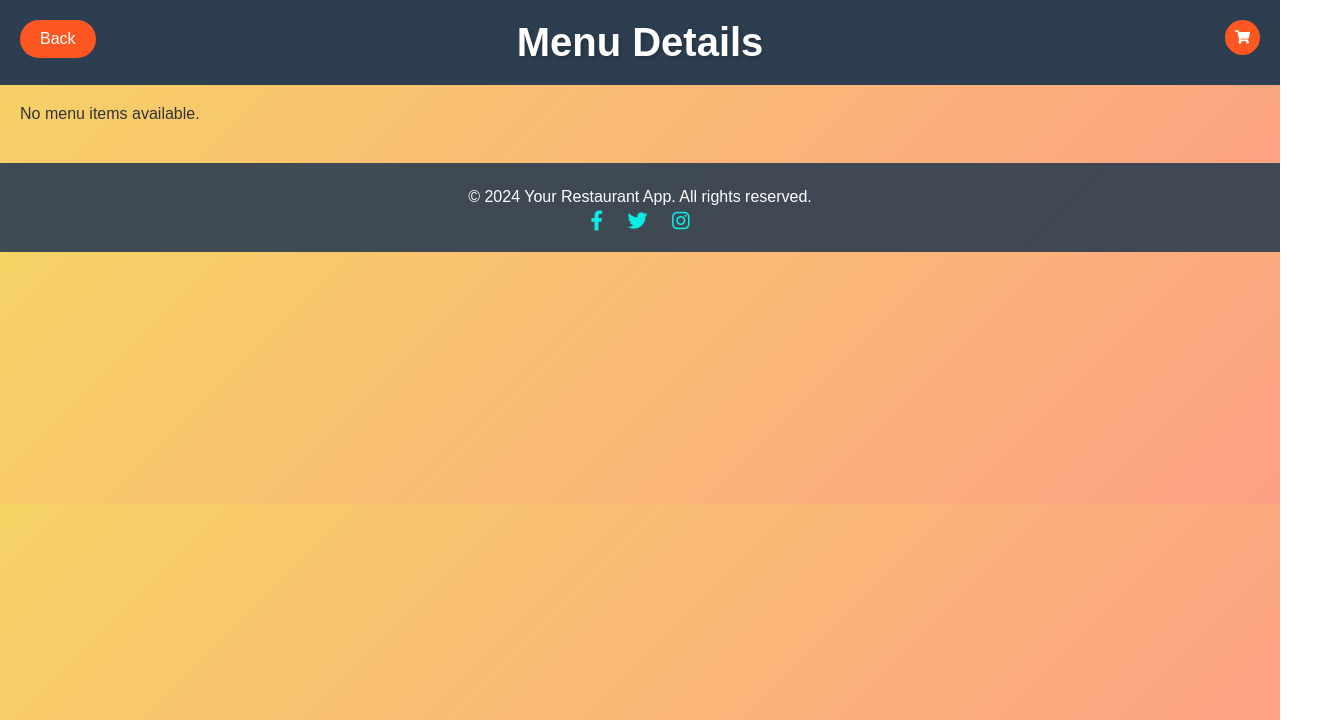
Repository: Masood395/Food-App
Page: http://localhost/FoodApp/getMenu.jsp
The author's editor kept a copy of each file at every save. The page is drawn from the files as they stood at one save, then again after the next save.
The browser window is 1280 px wide. The page is 1280 px wide, then 1320 px, so the pictures cover 1320 px, including what lies to the right of the window. The pictures show the whole page.
The page is served by Tomcat 9.

Above is the page before, as saved 2024-11-12 19:31:48.

After the next save:
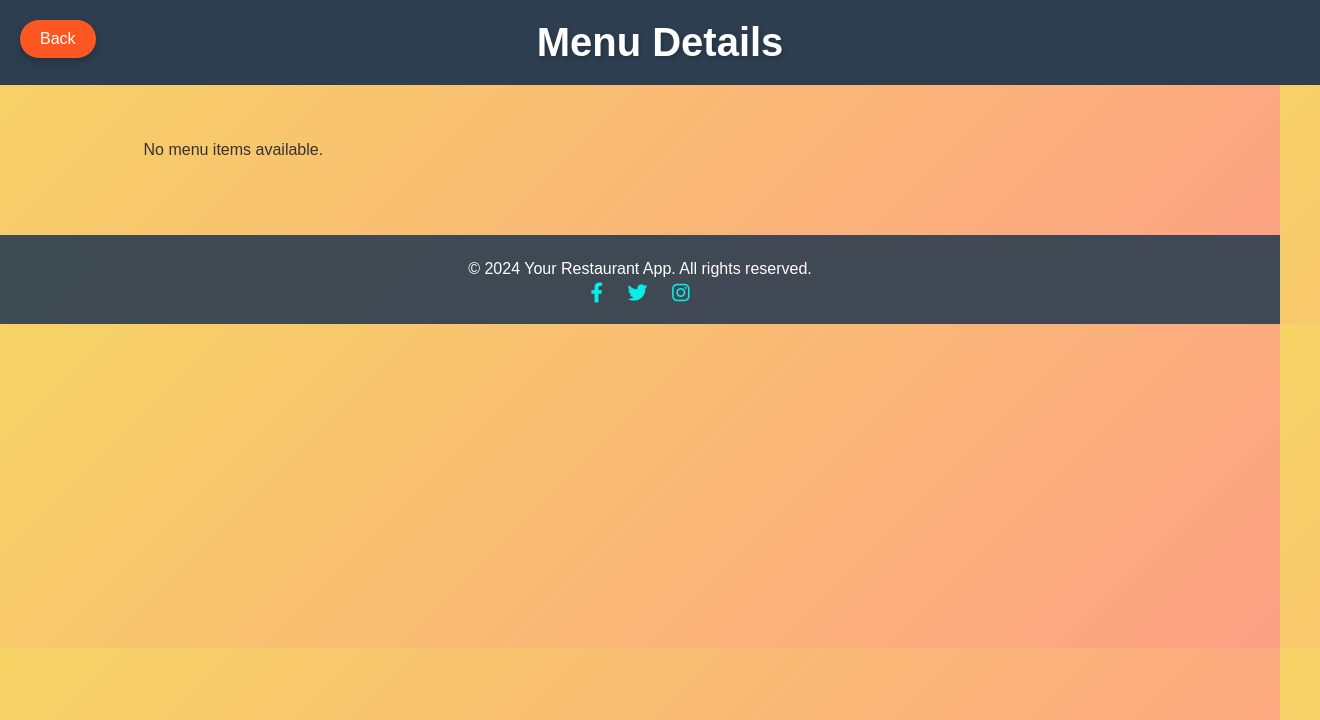
Saved 21 s later.
--- a/FoodApp/src/main/webapp/getMenu.jsp
+++ b/FoodApp/src/main/webapp/getMenu.jsp
@@ -11,19 +11,13 @@
     <link rel="stylesheet" href="https://cdnjs.cloudflare.com/ajax/libs/font-awesome/5.15.4/css/all.min.css">
     <style>
         /* General Styling */
-        * {
-            margin: 0;
-            padding: 0;
-            box-sizing: border-box;
-        }
-
         body {
             font-family: 'Arial', sans-serif;
             background: linear-gradient(135deg, #f6d365 0%, #fda085 100%);
             margin: 0;
             padding: 0;
+            box-sizing: border-box;
             color: #333;
-            overflow-x: hidden;
         }
 
         /* Header Styling */
@@ -56,50 +50,32 @@
             border-radius: 50px;
             cursor: pointer;
             transition: background 0.3s ease;
+            box-shadow: 0 4px 8px rgba(0, 0, 0, 0.2);
         }
 
         .back-button:hover {
             background: #E64A19;
         }
 
-        /* Cart Icon Styling */
-        .cart-icon {
-            position: absolute;
-            top: 20px;
-            right: 20px;
-            background: #FF5722;
-            color: white;
-            border: none;
-            border-radius: 50%;
-            padding: 10px;
-            cursor: pointer;
-            transition: transform 0.3s ease, background 0.3s ease;
-        }
-
-        .cart-icon:hover {
-            transform: scale(1.1);
-            background: #E64A19;
-        }
-
         /* Grid Container for Cards */
-         .container {
-        display: grid;
-        grid-template-columns: repeat(auto-fit, minmax(250px, 1fr));
-        gap: 20px;
-        padding: 20px;
-        max-width: 1400px;
-        margin: 0 auto;
-    }
+        .container {
+            display: grid;
+            grid-template-columns: repeat(auto-fill, minmax(300px, 1fr));
+            gap: 20px;
+            padding: 40px;
+            justify-items: center;
+        }
 
         /* Card Styling */
         .card {
-        background: #fff;
-        border-radius: 15px;
-        overflow: hidden;
-        width: 100%;
-        box-shadow: 0 10px 20px rgba(0, 0, 0, 0.15);
-        transition: transform 0.3s ease, box-shadow 0.3s ease;
-    }
+            background: #fff;
+            border-radius: 15px;
+            overflow: hidden;
+            width: 100%;
+            max-width: 350px;
+            box-shadow: 0 10px 20px rgba(0, 0, 0, 0.15);
+            transition: transform 0.3s ease, box-shadow 0.3s ease;
+        }
 
         .card:hover {
             transform: translateY(-10px);
@@ -213,7 +189,7 @@
                 font-size: 2em;
             }
             .container {
-                padding: 20px 10px;
+                padding: 20px;
             }
         }
 
@@ -225,10 +201,6 @@
                 padding: 6px 12px;
                 font-size: 0.9em;
             }
-            .cart-icon {
-                padding: 8px;
-                font-size: 0.9em;
-            }
         }
     </style>
 </head>
@@ -237,9 +209,6 @@
 <header>
     <h1>Menu Details</h1>
     <button class="back-button" onclick="window.history.back();">Back</button>
-    <button class="cart-icon" onclick="window.location.href='cart.jsp';">
-        <i class="fas fa-shopping-cart"></i>
-    </button>
 </header>
 
 <div class="container">
@@ -267,6 +236,10 @@
                         </select>
                         <input type="hidden" name="id" value="<%= mnu.getMenuId() %>">
                         <input type="hidden" name="img" value="<%= mnu.getImage() %>">
+
+<%--                         <input type="hidden" name="name" value="<%= mnu.getMenuName() %>">
+                        <input type="hidden" name="price" value="<%= mnu.getPrice() %>"> --%>
+                        <!-- <input type="hidden" name="action" value="add"> -->
                         <button type="submit" class="add-to-cart">Add to Cart</button>
                     </form>
                 </div>
